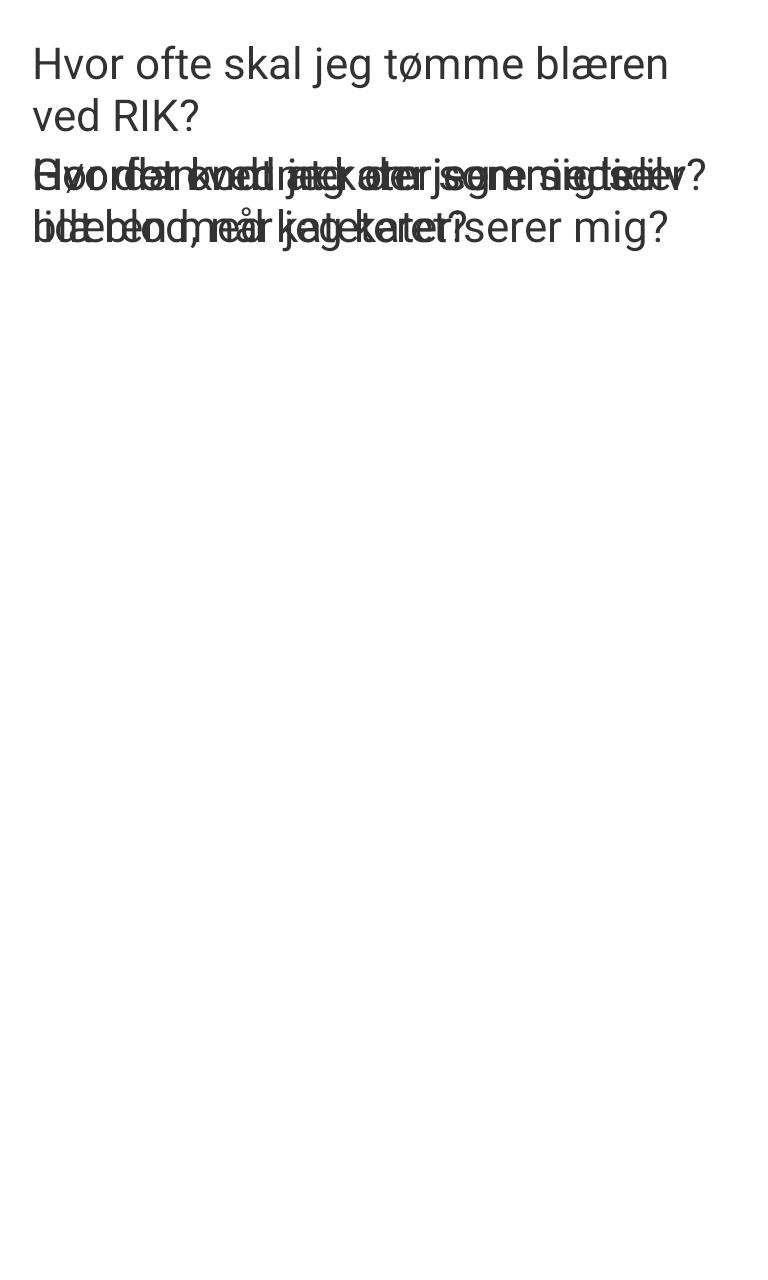
Repository: KingApollo/RIKapp2
Layout: RIKapp/res/layout/activity_information.xml
An editor plug-in stored every save of this project. The layout is shown before and after the next save, followed by the edit.
It is drawn on a 768 x 1280 px phone screen (xhdpi) without system bars, with theme android:Theme.Light.NoTitleBar; the app's code is not run.

Above is the layout before, as saved 2014-10-10 12:15:50.

### RIKapp/res/layout/activity_information.xml
<RelativeLayout xmlns:android="http://schemas.android.com/apk/res/android"
    xmlns:tools="http://schemas.android.com/tools"

    android:layout_width="match_parent"
    android:layout_height="match_parent"
    android:paddingBottom="@dimen/activity_vertical_margin"
    android:paddingLeft="@dimen/activity_horizontal_margin"
    android:paddingRight="@dimen/activity_horizontal_margin"
    android:paddingTop="@dimen/activity_vertical_margin"
    tools:context="dk.ucn.datamatiker.rikapp.Information"
    >

<TextView   android:id="@+id/tvHowOftenQuestion"
            android:text="@string/howOftenQuestion"
            android:textSize="22sp"
            android:clickable="true"
            android:onClick="toggle_contents"
            android:layout_width="wrap_content"
            android:layout_height="wrap_content"/>

<TextView
    android:id="@+id/tvWhenBladderQuestion"
    android:layout_width="wrap_content"
    android:layout_height="wrap_content"
    android:layout_alignLeft="@+id/tvHowOftenQuestion"
    android:layout_below="@+id/tvHowOftenQuestion"
    android:clickable="true"
    android:onClick="toggle_contents"
    android:text="@string/whenBladderQuestion"
    android:textSize="22sp" />

<TextView
    android:id="@+id/tvDoesItHurtQuestion"
    android:layout_width="wrap_content"
    android:layout_height="wrap_content"
    android:layout_alignLeft="@+id/tvHowOftenQuestion"
    android:layout_below="@+id/tvHowOftenQuestion"
    android:clickable="true"
    android:onClick="toggle_contents"
    android:text="@string/doesItHurtQuestion"
    android:textSize="22sp" />

<TextView
    android:id="@+id/tvWhyBloodQuestion"
    android:layout_width="wrap_content"
    android:layout_height="wrap_content"
    android:layout_alignLeft="@+id/tvHowOftenQuestion"
    android:layout_below="@+id/tvHowOftenQuestion"
    android:clickable="true"
    android:onClick="toggle_contents"
    android:text="@string/whyBloodQuestion"
    android:textSize="22sp" />

</RelativeLayout>

### RIKapp/res/values/strings.xml
<?xml version="1.0" encoding="utf-8"?>
<resources>

    <string name="app_name">RIKapp</string>
    <string name="hello_world">Hello world!</string>
    <string name="action_settings">Settings</string>
    <string name="title_activity_hyg">Hyg</string>
    <string name="hygiejne_btn">Hygiejne</string>
    <string name="maaling_btn">Måling</string>
    <string name="title_activity_maalinger">Maalinger</string>
    <string name="skema_btn">Skema</string>
    <string name="title_activity_skema">Skema</string>
    <string name="title_activity_information">Information</string>
    <string name="howOftenAnswer">"Du har på sygehuset aftalt en hyppighed med sygeplejersken. Man kan ikke præcist aftale hvor mange gange man skal RIK'ke sig hver dag, idet det afhænger af årsagen til RIK. En tommelfingerregel er, at hvis du efter naturlig vandladning udtømmer mere end 100-150 ml. med kateter, kan du kateteriserer dig én gang mindre i døgnet. Den første uges tid kan det være en god idé at skrive ned, hvor meget du udtømmer. Du kan med jævne mellemrum kontrollere hvor meget du lader spontant og hvor meget du udtømmer med kateter."</string>
    <string name="howOftenQuestion">Hvor ofte skal jeg tømme blæren ved RIK?</string>
    <string name="test1">111111111111111111111111</string>
    <string name="test2">22222222222222222222222222</string>
    <string name="title_activity_how_often">HowOften</string>
    <string name="title_activity_kontakt">Kontakt</string>
    <string name="kontakt_btn">Kontakt</string>
    <string name="kontakt_text">"<b>Kontakt1</b> \n Kontaktperson: kp1 \n Tlf: 12345678 \n Email: kp1@e.dk
        \n\n<b>Kontakt2</b> \n Kontaktperson: kp2 \n Tlf: 87654321 \n Email: kp2@e.dk"</string>
    <string name="kontakt_title">"Kontakt"</string>
    <string name="mlInput_hint">Intast ml</string>
    <string name="save_btn_name">Log måling</string>
    <string name="noteInput_hint">Eventuelt note</string>
    <string name="title_activity_when_in_bladder">WhenInBladder</string>
    <string name="whenBladderQuestion">"Hvordan ved jeg om jeg er inde i blæren med kateteret?"</string>
	<string name="whenBladderAnswer">"Når urinen løber ud gennem kateret i toilettet, så er du i blæren. Vær opmærksom på, at kateteret ikke er langt oppe i blæren at hullerne på spidsen af kateteret kommer over niveau med urinen inde i blæren – så kan det nemlig ikke tømmes ud. Træk derfor kateteret langsom ud igen, og hvis der kommer mere urin, så vent til det ikke løber mere. Træk derefter resten ud i et jævnt træk.</string>
    <string name="doesItHurtQuestion">Gør det ondt at katerisere sig selv?</string>
    <string name="doesItHurtAnswer">""Nej, det gør ikke ondt, men du kan føle lidt ubehag i begyndelsen i urinrøret eller et kortvarigt jag i blæren. Hvis du oplever sådan et jag, så kan det skyldes at blærevæggen suges tæt til kateteret i blæren, når den tømmes. Det forsvinder hurtigt igen. "</string>
	<string name="whyBloodQuestion">Hvorfor kommer der somme tider lidt blod, når jeg kateriserer mig?</string>
	<string name="whyBloodAnswer">Det gør der, fordi der nemt kan komme en lille ridse i urinrørets slimhinde eller i blærens slimhinde. Det betyder ingenting, og er helt ufarligt. </string>
	<string name="whenHandWashQuestion">Hvornår skal jeg vaske hænder, når jeg skal RIK´ke?</string>
	<string name="whenHandWashAnswer">Det skal du før du påbegynder udtømningen. Det vil sige, at du finder det frem, som du skal bruge, og måske lukker du bukserne op og trækker bukserne ned. Så vasker du hænderne ifølge forskrifterne – klik her. Du skal også afslutte med at vaske hænderne, når du har tømt blæren for urin, og har trukket benklæderne op igen. Du skal tørre hænderne i et rent håndklæde/engangshåndklæde.</string>
	<string name="howHandWashQuestion">Hvordan skal jeg vaske mine hænder korrekt?</string>
	<string name="howHandWashAnswer">Du kan se videoen ved at klikke her</string>





</resources>

Loaded but not shown: RIKapp/res/values/dimens.xml (common file); RIKapp/res/values-w820dp/dimens.xml (common file)

After the next save:
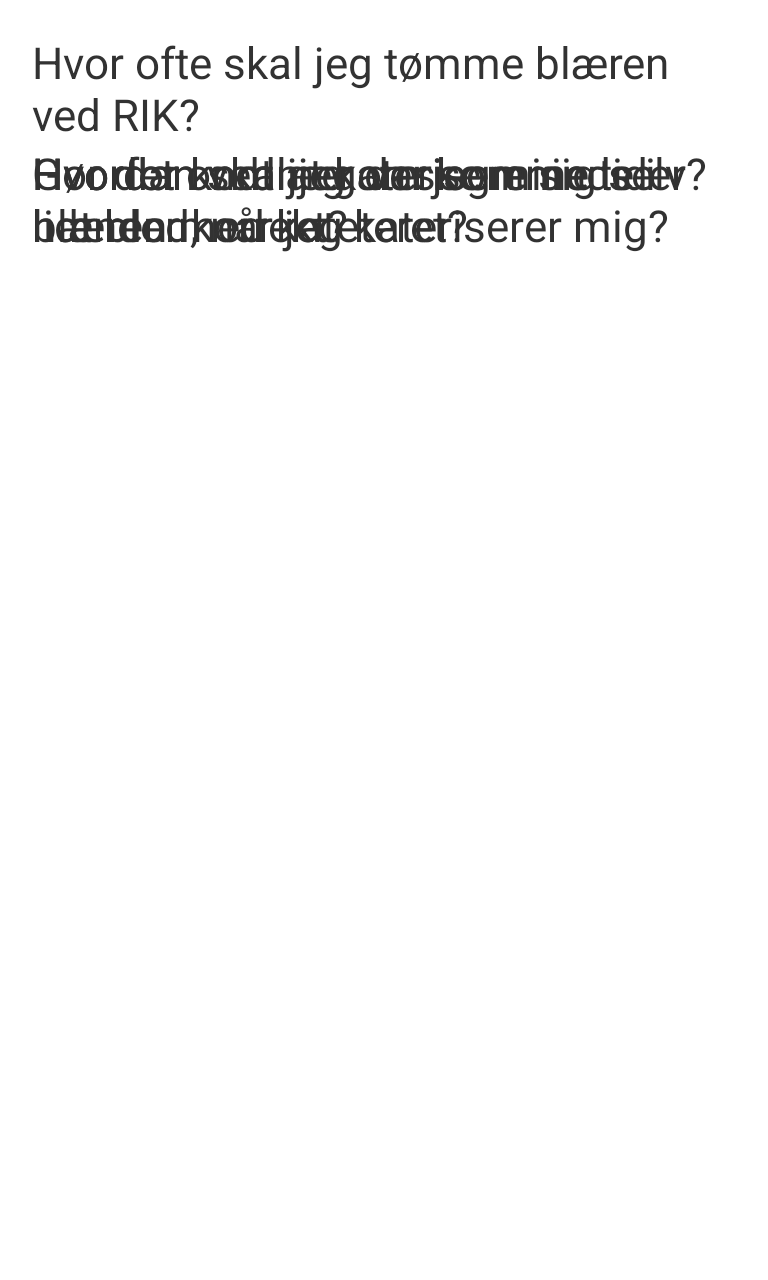
Saved 66 s later.
--- a/RIKapp/res/layout/activity_information.xml
+++ b/RIKapp/res/layout/activity_information.xml
@@ -51,4 +51,15 @@
     android:text="@string/whyBloodQuestion"
     android:textSize="22sp" />
 
+<TextView
+    android:id="@+id/tvHowHandWashQuestion"
+    android:layout_width="wrap_content"
+    android:layout_height="wrap_content"
+    android:layout_alignLeft="@+id/tvHowOftenQuestion"
+    android:layout_below="@+id/tvHowOftenQuestion"
+    android:clickable="true"
+    android:onClick="toggle_contents"
+    android:text="@string/howHandWashQuestion"
+    android:textSize="22sp" />
+
 </RelativeLayout>
